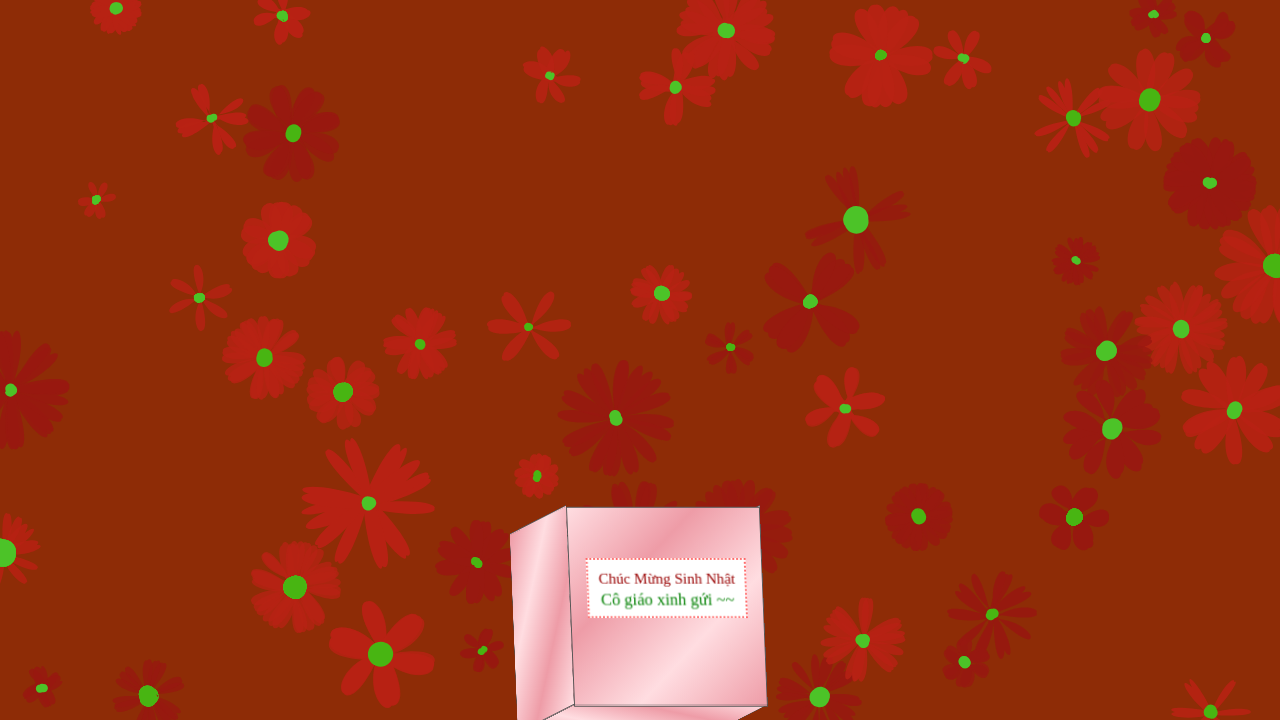
Repository: longhuu2204/click-me
Page: index.html
The author's editor kept a copy of each file at every save. The page is drawn from the files as they stood at one save, then again after the next save.
The browser window is 1280 px wide. The pictures show the whole page.

Above is the page before, as saved 2023-03-10 23:41:45.

### index.html
<html lang="en">
  <head>
    <meta charset="UTF-8" />
    <meta http-equiv="X-UA-Compatible" content="IE=edge" />
    <meta name="viewport" content="width=device-width, initial-scale=1.0" />
    <title>Document</title>
    <link rel="stylesheet" href="canvas.css" />
    <link rel="stylesheet" href="present.css" />
    <link rel="stylesheet" href="card.css" />
    <link rel="stylesheet" href="index.css" />
    <script src="jquery.js"></script>
  </head>
  <body>
    <div class="parent">
      <canvas id="canvas"></canvas>
      <section class="above-fold">
        <div class="wrap-present">
          <div class="present-box" id="present">
            <div class="present">
              <div class="img-wrap" id="present-image"></div>
            </div>
            <div class="side front"></div>
            <div class="side back"></div>
            <div class="side left"></div>
            <div class="side right"></div>
            <div class="side top">
              <span class="to">
                <span class="name" id="nametag"> </span>
              </span>
            </div>
            <div class="side bottom"></div>
          </div>
        </div>
        <p class="info-text">Click to Open</p>
      </section>

      <div id="card">
        <h4 class="title-card">💘little coder💘</h4>

        <img src="Nga3.jpeg" class="honey" />

        <h4 class="content-card">
          Happy Birthday Make A Wish. Dear brother, hope you receive everything
          you wish for this year. You deserve the best! Thanks for being such a
          great brother.💘
        </h4>
      </div>
    </div>
    <audio autoplay loop id="playAudio">
      <source src="nhacnen.mp3" />
    </audio>
  </body>
  <script src="config.js"></script>
  <script src="canvas.js"></script>
  <script src="present.js"></script>
  <script></script>
</html>

### present.css
html,
body {
  margin: 0;
}

.above-fold {
  height: 100vh;
  width: 100vw;
  padding: 0;
  margin: 0;
  perspective: 800px;
  perspective-origin: 50% 200px;
  display: flex;
  flex-wrap: wrap;
  position: relative;
}
.above-fold .info-text {
  width: 100%;
  display: block;
  text-align: center;
  margin: 0;
  padding: 0;
  color: #555;
  font-family: "Avenir";
  font-weight: 100;
  font-size: 13px;
  height: 25px;
  align-self: flex-end;
}

.wrap-present {
  width: 100%;
  display: flex;
  align-self: flex-end;
  position: absolute;
  /* transform: translate(0, 10px); */
}

.present-box {
  transform-style: preserve-3d;
  width: 200px;
  height: 200px;
  margin: auto;
  -webkit-animation: rotate 11s alternate linear infinite;
  animation: rotate 11s alternate linear infinite;
  cursor: pointer;
}
.present-box:hover {
  -webkit-animation: staticFront 700ms ease forwards;
  animation: staticFront 700ms ease forwards;
}
.present-box.open {
  /*&>.side.top{
        opacity: .2;
    }*/
  -webkit-animation: zoomIn 1s ease-in forwards;
  animation: zoomIn 1s ease-in forwards;
  transform: rotateX(-103deg) rotateY(-180deg);
  transition: transform 400ms;
}
.present-box.open .present {
  pointer-events: auto;
  visibility: visible;
}
.present-box.open .present .img-wrap {
  opacity: 1;
  transition: transform 600ms 800ms, opacity 800ms 200ms;
  transform: translateZ(0px);
}
.present-box.open > .side {
  opacity: 0.3;
  transition: opacity 500ms 600ms;
}
.present-box.open > .side.back {
  opacity: 0.7;
  transform: translateZ(-101px) rotateY(180deg);
}
.present-box.open > .side.front {
  transition: transform 800ms 0s, opacity 500ms 600ms, width 600ms 600ms;
  transform: translateZ(100px) rotateY(190deg) translateX(0px);
  transform-origin: 0% 0%;
  opacity: 0.3;
  width: 0;
}

.present-box .present {
  position: absolute;
  width: 200px;
  height: 200px;
  z-index: 50;
  transform: rotateY(-180deg) rotateX(180deg) translateZ(-100px);
  display: flex;
  perspective: 600px;
  pointer-events: none;
  visibility: hidden;
}
.present-box .present > .img-wrap {
  width: 200px;
  align-self: center;
  transition: transform 400ms;
  opacity: 0;
  transform: translateZ(-80px);
}
.present-box .present > .img-wrap a {
  transition: transform 300ms;
  position: relative;
  display: block;
  transform: scale(0.94);
}
.present-box .present > .img-wrap a:hover {
  transform: scale(1);
}
.present-box .present > .img-wrap img {
  max-width: 95%;
  height: 95%;
  margin-top: 0.5%;
  margin-left: 1.75%;
}

.present-box > .side {
  width: 200px;
  height: 200px;
  position: absolute;
  display: block;
  border: #555 solid 1px;
  background: repeating-linear-gradient(
    45deg,
    #ee9ca7,
    #ffdde1,
    #ee9ca7,
    #ffdde1
  );
  top: 0;
  left: 0;
  transition: transform 400ms;
}
.present-box > .side.back {
  transform: translateZ(-100px) rotateY(180deg);
}
.present-box > .side.right {
  transform: rotateY(-270deg) translateX(100px);
  transform-origin: top right;
}
.present-box > .side.left {
  transform: rotateY(270deg) translateX(-100px);
  transform-origin: center left;
}
.present-box > .side.top {
  transform: rotateX(-90deg) translateY(-100px);
  transform-origin: top center;
  transform-style: preserve-3d;
  perspective: 100px;
  text-align: center;
}
.present-box > .side.top .to {
  display: inline-block;
  font-family: cursive;
  position: relative;
  padding: 10px 10px 30px 10px;
  border: 5px dotted #ff6666;
  border-width: 2px;
  background: #fff;
  margin: auto;
  transform: translateZ(-2px) translateY(50px);
}
.present-box > .side.top .to:after {
  content: attr(data-before);
  display: inline-block;
  transform: rotateY(180deg);
  color: #990000;
}
.present-box > .side.top .to .name {
  display: block;
  position: absolute;
  transform: translateY(20px) rotateY(180deg) translateX(10px);
  text-align: center;
  width: 100%;
  font-size: 1.1rem;
  color: green;
}
.present-box > .side.bottom {
  transform: rotateX(90deg) translateY(100px);
  transform-origin: bottom center;
}
.present-box > .side.front {
  transform: translateZ(100px);
}

@-webkit-keyframes rotate {
  100% {
    transform: rotateY(-360deg) rotateX(180deg);
  }
}

@keyframes rotate {
  100% {
    transform: rotateY(-360deg) rotateX(180deg);
  }
}
@-webkit-keyframes staticFront {
  100% {
    transform: rotateX(-100deg) rotateY(-180deg);
  }
}
@keyframes staticFront {
  100% {
    transform: rotateX(-100deg) rotateY(-180deg);
  }
}
@-webkit-keyframes zoomIn {
  50% {
    transform: rotateX(-143deg) rotateY(-180deg) translateZ(-15px);
  }
  100% {
    transform: rotateX(-167deg) rotateY(-180deg) translateZ(-15px) scale(1.2);
  }
}
@keyframes zoomIn {
  50% {
    transform: rotateX(-143deg) rotateY(-180deg) translateZ(-15px);
  }
  100% {
    transform: rotateX(-167deg) rotateY(-180deg) translateZ(-15px) scale(1.2);
  }
}

### card.css
#card {
  margin: 4%;
  position: absolute;
  height: auto;
  width: 350px;
  border-radius: 10px;
  background-color: white;
  background-image: url("https://image.freepik.com/free-vector/open-gift-box-with-heart-shape-confetti-burst-explosion-3d-valentines-day-romantic-gift_165143-438.jpg");
  background-size: 50vh, 70vh;
  box-shadow: 0px 0px 20px red;
  transform: rotate(5deg);
  top: 0px;
  opacity: 0;
  left: -200%;
}

.honey {
  margin: auto;
  padding: 5%;
  display: block;
  border-radius: 50%;
  box-shadow: 0 4px 8px 0 red;
  width: 100px;
  height: 100px;
  object-fit: cover;
}

h4 {
  text-align: center;
  -webkit-text-fill-color: rgba(0, 200, 200, 0.1);
  -webkit-background-clip: text;
  background-image: url("https://i.pinimg.com/originals/20/21/7f/20217f7fa2c9701b8128d8fb153a4db9.gif");
  font-family: "Allura", cursive;
  padding: -2%;
  font-size: 19px;
  overflow: hidden;
}

.card-show {
  opacity: 1 !important;
  left: 0 !important;
  transition: all 3s;
}

### config.js
const nameGirl = 'Cô giáo xinh gứi ~~';
const giftUrl = '';
const eventName = 'Chúc Mừng Sinh Nhật';
const titleCard = 'Tặng bạn Nga';
const contentCard = 'Chúc Nga sinh nhật tràn ngập niềm vui và những nụ cười. Mong mọi điều đẹp nhất sẽ đến với Nga trong hôm nay và cả mãi về sau ~~';

// phần dưới dành cho các bạn biết code, nếu muốn chỉnh ảnh đơn giản với base64
// Cần hỗ trợ hãy liên hệ:
// Mr-Nam http://facebook.com/nam.nodemy
// Các bạn muốn học lập trình thì tham gia Nhóm zalo tự học lập trình nhé: https://zalo.me/g/yhdkef092
const giftImage = 'Nga4.jpg';
const base64 = '';
const giftImageBase64 = "data:[embedded picture, 23 characters]" + base64;

### canvas.js
(function () {

    function playMusic(){
      var myAudio = document.getElementById('playAudio');
      if (myAudio.duration > 0 && !myAudio.paused) {
          //Its playing...do your job

      } else {
        myAudio.play()
        //Not playing...maybe paused, stopped or never played.

      }
    }

    //fields
    var canvas = document.getElementById("canvas");
    var body = document.getElementsByTagName("body")[0];
    var positions = []
    var ctx = canvas.getContext("2d");
    const MINPETAL = 5
    const MAXPETAL = 13
    var pistilC, petalC, pistilC2, petalC2

    /*Initialize flowers*/
    body.addEventListener("click",function(ev){
      drawFlowers()
      playMusic()
    })
    window.onload = drawFlowers
    window.onresize = drawFlowers


    /*Flower flunctions*/
    function drawFlowers() {
      scaleCanvas()
      //background color
      ctx.clearRect(0, 0, canvas.width, canvas.height)
      positions = []
      body.style.filter = chance(.12)?`grayscale(${getRandomInt(0,80)}%)`:""
      let mode = pick(["daisies", "multi", "quad", "roses", "crosshatch", "blueYellow", "greenRed"])
      let bg = new randomColor(minSat=50)
      if(mode=="daisies") bg.l = getRandomInt(0,50)
      canvas.style.backgroundColor = bg.hsl()

      //themes hsl=pistil color hsl2=petal color
      var colorz = {
      "daisies":{h2:12,s2:38,l2:97,h:45,s:92,l:52,vary:20,mix:false},
      "roses":{h:1,s:91,l:46,h2:1,s2:91,l2:30,vary:20,mix:true},
      "crosshatch":{h:1,s:91,l:46,vary:80,mix:true},/*only defines one varying pistil color*/
      "greenRed":{h:102,s:72,l:27,h2:348,s2:89,l2:42,vary:20,mix:false},
      "blueYellow":{h:45,s:99,l:50,h2:240,s2:67,l2:58,vary:10,mix:false},
      }
      //drawing options
      var opt = {
        mode:mode,
        spaceAround:chance(),
        allowLarge:chance(),
        padding:getRandomInt(1,4),
        innerDetails:chance(),
        petalIterations:4,
        minOpacity:getRandomFloat(.5,.9),
        invertColors: chance(.25)
      }

      //assign colors
      let colorOpt = colorz[mode]
      let colors =  getThemeColors(colorOpt) /*pistil color at index 0, petal color at index 1*/

      if(opt.invertColors){
        petalC = colors[0].hsl()
        pistilC = colors[1].hsl()
      } else {
        petalC = colors[1].hsl()
        pistilC = colors[0].hsl()
      }
      colors = getThemeColors(colorOpt)
      if(opt.invertColors){
        petalC2 = colors[0].hsl()
        pistilC2 = colors[1].hsl()
      } else {
        if(colorOpt&&colorOpt.mix){/*switching petals and pistil color*/
          petalC2 = colors[0].hsl()
          pistilC2 = colors[1].hsl()
        } else {
          petalC2 =colors[1].hsl()
          pistilC2 =colors[0].hsl()
        }
      }

      //draw the flowers
      let numFlower = mode=="multi"?getRandomInt(50,1000) : getRandomInt(40,250)
      for(let i=0; i<numFlower; i++){
        if(mode=="multi") {
          pistilC = new randomColor(minSat=50).hsl()
          petalC = new randomColor(minSat=50).hsl()
          pistilC2 = new randomColor(minSat=50).hsl()
          petalC2 = new randomColor(minSat=50).hsl()
        }
        drawFlower(opt)
      }
    }

    function drawFlower(opt) {

      let f = new Flower(opt);
      if(!f) return false;
      positions.push(new Point(f.x, f.y))
      ctx.save();
      ctx.globalAlpha = f.opacity
      ctx.lineWidth = f.lw;
      ctx.translate(f.x, f.y);
      ctx.rotate(f.rad);
      ctx.translate(-f.x, -f.y);

      ctx.fillStyle = chance()?petalC2:petalC
      ctx.strokeStyle = ctx.fillStyle

      //petals
      for (let i = 0; i < f.petals; i++) {
        ctx.translate(f.x, f.y);
        ctx.rotate((f.rotate * Math.PI) / 180);
        ctx.translate(-f.x, -f.y);
        ctx.beginPath();
        ctx.moveTo(f.x, f.y-f.shiftOut);

        for (let j = 0; j < opt.petalIterations; j++) {
          let sp1 = f.r*f.petalSpread1
          let len1 = f.r*f.petalLength1
          let sp2 = f.r*f.petalSpread2
          let len2 = f.r*f.petalLength2
          let endX = f.petalBase
          let endY = f.shiftOut
          ctx.translate(f.x, f.y);
          if(j%2==0){/*symmetric rotations for more symmetric petals, rando for some irregularity*/
             ctx.rotate((j*(360/opt.petalIterations) * Math.PI) / 180);
          } else {
             ctx.rotate((j*(getRandomInt(1,4)) * Math.PI) / 180);
          }

          ctx.translate(-f.x, -f.y);
          ctx.bezierCurveTo(f.x-sp1,/*control point #1 'upper left'*/
                            f.y-len1,
                            f.x+sp2,/*control point #2 'upper right'*/
                            f.y-len2,
                            f.x+endX,/*ending point*/
                            f.y-endY)
          if(opt.innerDetails) ctx.quadraticCurveTo(
                            f.x,/*control point*/
                            f.y+f.r,
                            f.x+getRandomInt(0,5),/*ending point*/
                            f.y)
        }

        ctx.fill();
        ctx.closePath();
        ctx.beginPath()

      }
      //pistil
       for (let j = 0; j < 3; j++) {
        ctx.arc(f.x+getRandomFloat(-2,2), f.y+getRandomFloat(-2,2), (f.r/f.centerDivisor), 0, 360)
       }

      ctx.strokeStyle = petalC;
      ctx.fillStyle = opt.mode!="crosshatch"&&opt.mode!="daisies" ? (chance()?pistilC2:pistilC) : pistilC;
      ctx.globalAlpha = 1;
      ctx.fill();
      ctx.restore();
    }

    function Flower(opt) {

      this.r = opt.allowLarge && chance(.05)? getRandomInt(50,150) : getRandomInt(20,50)
      this.x = getRandomInt(0, canvas.width)
      this.y = getRandomInt(0, canvas.height)

      if(opt.spaceAround&&positions.some(pos=>{
        let d =  distance(new Point(this.x,this.y), new Point(pos.x,pos.y))
        return d<this.r*opt.padding
      })) {
        return false;
      }

      this.lw = 4;
      this.angle = getRandomInt(0, 360)
      this.rad = (this.angle * Math.PI) / 180
      this.opacity = getRandomFloat(opt.minOpacity,1)
      this.petals = this.r <= 40 ? getRandomInt(3,9) : getRandomInt(MINPETAL,MAXPETAL)
      this.shiftOut = getRandomFloat(0,this.r/3)
      this.petalBase = getRandomInt(0,5);//getRandomInt(0,this.r<25?5:10)
      this.centerDivisor = getRandomFloat(3,9)
      this.petalSpread1 = getRandomFloat(.3,this.petals<=7?.7:.5)
      this.petalLength1 = getRandomFloat(.9,2)
      this.petalSpread2 = getRandomFloat(this.petalSpread1-.2,this.petalSpread1+.2);
      this.petalLength2 = getRandomFloat(.9,2)
      this.rotate = Math.floor(360/this.petals);
    }

    function getThemeColors(opt){
      let dPetal = new randomColor()
      let dPistil = new randomColor()
      if(!opt) return [dPistil, dPetal]
      if(opt.h) dPetal.h = opt.h + getRandomInt(-opt.vary,opt.vary)
      if(opt.s) dPetal.s = opt.s + getRandomInt(-opt.vary,opt.vary)
      if(opt.l) dPetal.l = opt.l + getRandomInt(-opt.vary,opt.vary)
      if(opt.h2) dPistil.h = opt.h2 + getRandomInt(-opt.vary,opt.vary)
      if(opt.s2) dPistil.s = opt.s2 + getRandomInt(-opt.vary,opt.vary)
      if(opt.l2) dPistil.l = opt.l2 + getRandomInt(-opt.vary,opt.vary)
      return [dPetal, dPistil]
    }


  /*utility*/
  function scaleCanvas(){
    var w = Math.max(document.documentElement.clientWidth, window.innerWidth);
    var h = Math.max(document.documentElement.clientHeight, window.innerHeight);
    console.log(`width:${w},height:${h}`)
    canvas.style.width = w + "px";
    canvas.style.height = h + "px";
    var scale = 1;//window.devicePixelRatio;

    canvas.width = Math.floor(w * scale);
    canvas.height = Math.floor(h * scale);
    ctx.scale(scale, scale);
  }
  function distance(p1, p2) {
    return Math.floor(Math.sqrt(Math.pow(p1.x-p2.x,2) + Math.pow(p1.y - p2.y,2)))
  }
  function randomColor(minSat = 0, maxSat=100, minBright=0, maxBright=100){
    this.h = getRandomInt(0,360)
    this.s = getRandomInt(minSat,maxSat)
    this.l = getRandomInt(minBright,maxBright)
    this.hsl = ()=>{return`hsl(${this.h},${this.s}%,${this.l}%)`};
  }
  function getRandomInt(min, max) {
    min = Math.ceil(min);
    max = Math.floor(max);
    return Math.floor(Math.random() * (max - min + 1)) + min;
  }
  function getRandomFloat(min, max) {
    return Math.random() * (max - min) + min;
  }
  function pick(arr) {
    return arr[Math.floor(Math.random() * arr.length)];
  }
  function chance(limit = 0.5) {
    return Math.random() < limit;
  }
  function Point(x,y) {
    this.x = x
    this.y = y
  }
  })("sweaverD.com");

### present.js

// Cần hỗ trợ hãy liên hệ:
// Mr-Nam http://facebook.com/nam.nodemy
// Các bạn muốn học lập trình thì tham gia Nhóm zalo tự học lập trình nhé: https://zalo.me/g/yhdkef092

var to = nameGirl;
var gift_url = giftUrl;
var gift_image_url = giftImage || giftImageBase64;

var nametag = document.getElementById("nametag");
var present = document.getElementById("present");
var presentImage = document.getElementById("present-image");

function init() {
  var graphElem = document.querySelector('.present-box > .side.top .to');
  graphElem.setAttribute('data-before', eventName);
  document.querySelector('#card .title-card').innerHTML = `💘${titleCard}💘`;
  document.querySelector('#card .content-card').innerHTML = `${contentCard}`;
  //document.querySelector('#card .honey').setAttribute('src', `${giftImage}`);

  var _giftLink,
      _giftImg;

  if (gift_url) {
    _giftLink = document.createElement("a");
    _giftLink.href = gift_url;
    _giftLink.target = "_blank";
    presentImage.appendChild(_giftLink);
  }

  if (gift_image_url) {
    _giftImg = document.createElement("img");
    _giftImg.src = gift_image_url;
    if(_giftLink) {
      _giftLink.appendChild(_giftImg);
    } else {
      presentImage.appendChild(_giftImg);
    }
  }

  present.addEventListener("click", function(e){
    present.classList.toggle("open");
    document.getElementById('card').classList.add('card-show');
  }, false);



  nametag.innerText = to;
}

init();

Loaded but not shown: canvas.css (common file); index.css (common file); jquery.js (library)

After the next save:
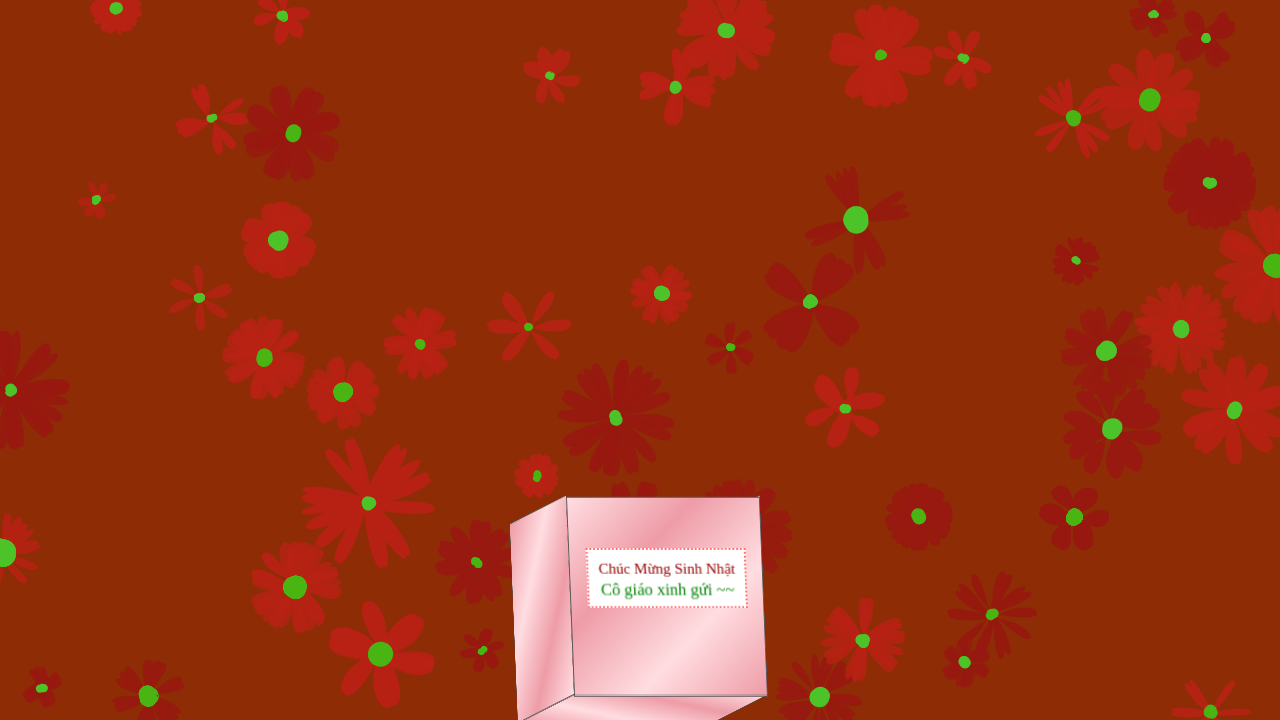
Saved 12 s later.
--- a/present.css
+++ b/present.css
@@ -33,7 +33,7 @@ body {
   display: flex;
   align-self: flex-end;
   position: absolute;
-  /* transform: translate(0, 10px); */
+  transform: translate(0, -10px);
 }
 
 .present-box {
